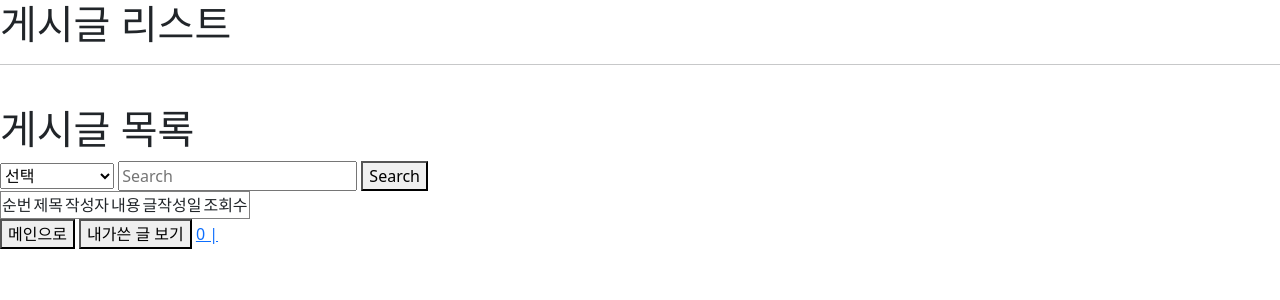
Repository: yangone8249/jsp_project
Page: http://localhost/yang_project/board/BoardList.jsp
The author's editor kept a copy of each file at every save. The page is drawn from the files as they stood at one save, then again after the next save.
The browser window is 1280 px wide. The pictures show the whole page.
The page is served by Tomcat 9. Other server files are loaded and not shown. The template is opened directly, without the code that normally fills it, so the values that code supplies are empty.

Above is the page before, as saved 2023-06-01 01:51:04.

### yang_project/yang_project/src/main/webapp/board/BoardList.jsp
<%@ page language="java" contentType="text/html; charset=UTF-8"
    pageEncoding="UTF-8"%>
<%@ taglib uri="http://java.sun.com/jsp/jstl/core" prefix="c" %>
<!DOCTYPE html>
<html>
<head>
<meta charset="UTF-8">
<title>게시글목록</title>
<link href="https://cdn.jsdelivr.net/npm/bootstrap@5.2.3/dist/css/bootstrap.min.css" rel="stylesheet" integrity="sha384-rbsA2VBKQhggwzxH7pPCaAqO46MgnOM80zW1RWuH61DGLwZJEdK2Kadq2F9CUG65" crossorigin="anonymous">
<script src="https://cdn.jsdelivr.net/npm/bootstrap@5.2.3/dist/js/bootstrap.bundle.min.js" integrity="sha384-kenU1KFdBIe4zVF0s0G1M5b4hcpxyD9F7jL+jjXkk+Q2h455rYXK/7HAuoJl+0I4" crossorigin="anonymous"></script>

</head>
<body>
	<h1>게시글 리스트</h1>
	<hr><br>
		<h1 id="listTitle">게시글 목록</h1>
		<form action="/brd/page" method="post" >
			<div>
				<c:set value="${pgh.pgvo.type }" var="typed"></c:set>
				<select name="type">
					<option ${typed == null ? 'selected' : '' }>선택</option>
					<option ${typed eq 't' ? 'selected' : '' } value="t">제목</option>
					<option ${typed eq 'c' ? 'selected' : '' } value="c">내용</option>
					<option ${typed eq 'w' ? 'selected' : '' } value="w">작성자</option>
					<option ${typed eq 'tc' ? 'selected' : '' } value="tc">제목 + 내용</option>
					<option ${typed eq 'tw' ? 'selected' : '' } value="tw">제목 + 작성자</option>
					<option ${typed eq 'cw' ? 'selected' : '' } value="cw">내용 + 작성자</option>
				</select>
				<input type="text" name="keyword" placeholder="Search">
				<input type="hidden" name="pageNo" value="${pgh.pgvo.pageNo }">
				<input type="hidden" name="qty" value="${pgh.pgvo.qty }">
				<button type="submit">Search</button>
			</div>
		</form>
			<table border="1">
			<tr>
				<td>순번</td>
				<td>제목</td>
				<td>작성자</td>
				<td>내용</td>
				<td>글작성일</td>
				<td>조회수</td>
			</tr>
			<c:forEach items="${list }" var="list" varStatus="i">
				<tr>
					<td>${i.count }</td>
					<td>
					<c:if test="${list.image_file ne null && list.image_file ne '' }">
					<img alt="없음" src="/_fileUpload/th_${list.image_file}">
					</c:if>
					<a href="/brd/detail?bno=${list.bno }">${ list.title}</a></td>
					<td>${list.writer }</td>
					<td>${list.content }</td>
					<td>${list.regdate }</td>
					<td>${list.count }</td>
				</tr>
			</c:forEach>
		</table>
		<a href="/"><button type="button">메인으로</button></a>
			<a href="/brd/page?type='w'&keyword=${ses.id }"><button>내가쓴 글 보기</button></a>
		<c:if test="${pgh.prev }">
			<a href="/brd/page?pageNo=${pgh.startPage-1 }&qty=${pgh.pgvo.qty}&type=${pgh.pgvo.type}&keyword=${pgh.pgvo.keyword}">이전</a>
		</c:if>
		<c:forEach begin="${pgh.startPage }" end="${pgh.endPage }" var="i">
			<a href="/brd/page?pageNo=${i }&qty=${pgh.pgvo.qty}&type=${pgh.pgvo.type}&keyword=${pgh.pgvo.keyword}">${i } | </a>
		</c:forEach>
		<c:if test="${pgh.next }">
			<a href="/brd/page?pageNo=${pgh.endPage+1 }&qty=${pgh.pgvo.qty}&type=${pgh.pgvo.type}&keyword=${pgh.pgvo.keyword}">다음</a>
		</c:if>
</body>
</html>

After the next save:
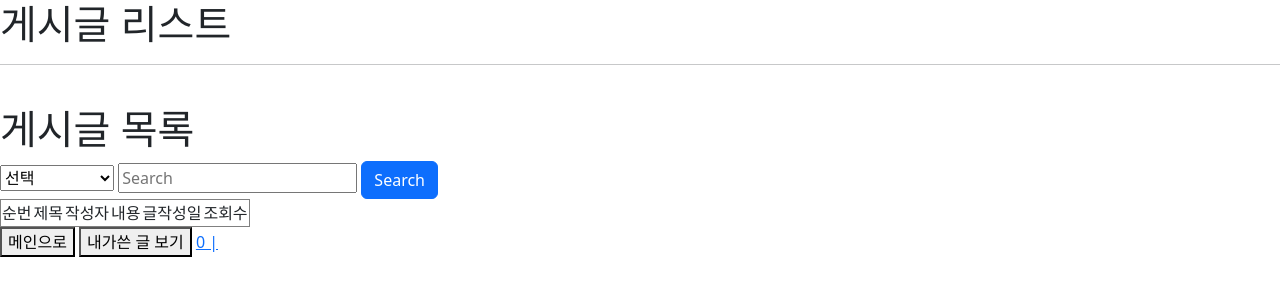
Saved 9 s later.
--- a/yang_project/yang_project/src/main/webapp/board/BoardList.jsp
+++ b/yang_project/yang_project/src/main/webapp/board/BoardList.jsp
@@ -29,7 +29,7 @@
 				<input type="text" name="keyword" placeholder="Search">
 				<input type="hidden" name="pageNo" value="${pgh.pgvo.pageNo }">
 				<input type="hidden" name="qty" value="${pgh.pgvo.qty }">
-				<button type="submit">Search</button>
+				<button type="submit" class="btn btn-primary">Search</button>
 			</div>
 		</form>
 			<table border="1">
